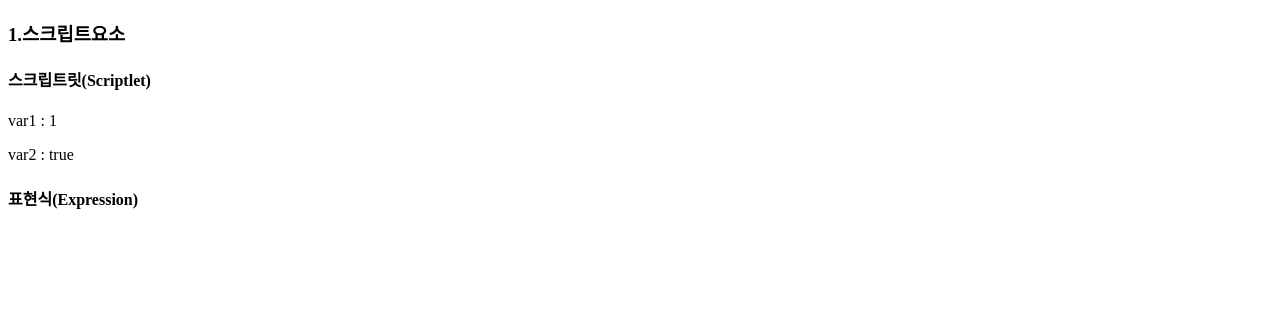
Repository: 123rhkddms2/JSP
Page: http://localhost/ch02/1.스크립트요소.jsp
The author's editor kept a copy of each file at every save. The page is drawn from the files as they stood at one save, then again after the next save.
The browser window is 1280 px wide. The pictures show the whole page.
The page is served by Tomcat 9. Other server files are loaded and not shown.

Above is the page before, as saved 2024-01-29 01:23:05.

### ch02/src/main/webapp/1.스크립트요소.jsp
<%@ page contentType="text/html;charset=UTF-8" pageEncoding="UTF-8"%>
<!DOCTYPE html>
<html>
	<head>
		<meta charset="UTF-8">
		<title>1.스크립트요소</title>
		<%--
			날짜 : 2024/01/29
			이름 : 김광은
			내용 : CH02.JSP 기본문법
		 --%>
	</head>
	<body>
		<h3>1.스크립트요소</h3>

		<h4>스크립트릿(Scriptlet)</h4>
		<%
			int 	var1 = 1;
			boolean var2 = true;
			double  var3 = 3.14;
			String  var4 = "hello";

			out.println("<p>var1 : " + var1 + "</p>");
			out.println("<p>var2 : " + var2 + "</p>");
		%>



		<h4>표현식(Expression)</h4>



	</body>
</html>

After the next save:
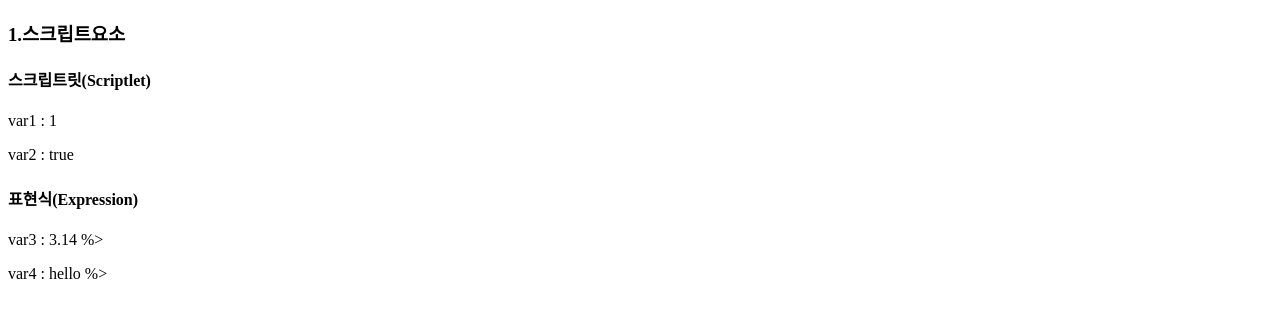
Saved 3 min 24 s later.
--- a/ch02/src/main/webapp/1.스크립트요소.jsp
+++ b/ch02/src/main/webapp/1.스크립트요소.jsp
@@ -27,6 +27,8 @@
 
 
 		<h4>표현식(Expression)</h4>
+		<p>var3 : <%= var3 %> %></p>
+		<p>var4 : <%= var4 %> %></p>
 
 
 
